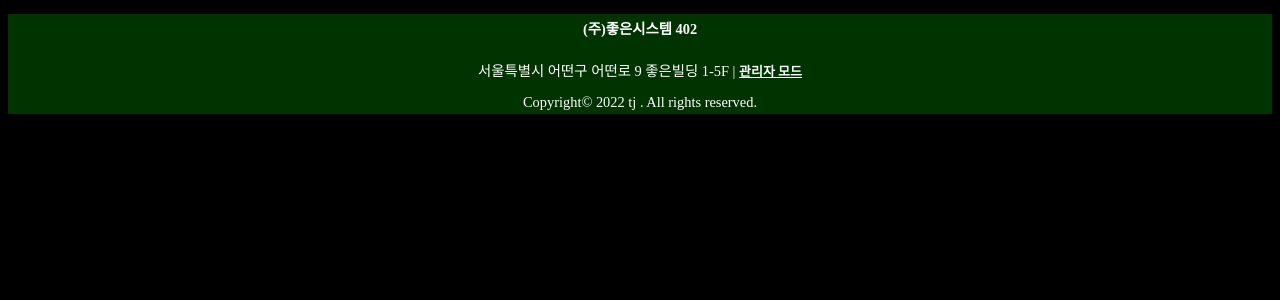
Repository: kdkk2000/Project
Page: http://localhost/petstyle/main/footer.jsp
These files come from the project's save history. The page is drawn as it stood at one moment and after the next save; the edit follows.
The browser window is 1280 px wide. The pictures show the whole page.
The page is served by Tomcat 9. Other server files are loaded and not shown.

Above is the page before, as saved 2023-03-27 05:38:18.

### petstyle/WebContent/main/footer.jsp
<%@ page language="java" contentType="text/html; charset=UTF-8"
    pageEncoding="UTF-8"%>
<%@taglib prefix="c" uri="http://java.sun.com/jsp/jstl/core"%>
<%@taglib prefix="fmt" uri="http://java.sun.com/jsp/jstl/fmt" %>
<c:set var="conPath" value="${pageContext.request.contextPath }"/>
<!DOCTYPE html>
<html>
<head>
<meta charset="UTF-8">
<title>Insert title here</title>
<style>
	body { background-color: black; }
	footer {height:100px;background-color: #003300;}
	footer #footer_conts, footer #footer_conts a {
		color:white;
		font-weight: blod;
		font-size:0.9em;
		text-align: center;
	}
	footer #footer_conts p:first-child {
		font-weight: bold; height: 30px; line-height: 30px;
	}
</style>
</head>
<body>
	<footer>
		<div id="footer_conts">
			<p>(주)좋은시스템 402</p>
			<p>서울특별시 어떤구 어떤로 9 좋은빌딩 1-5F | <b><a href="${conPath }/adminLoginView.do">관리자 모드</a></b></p>
			<p>Copyright© 2022 tj . All rights reserved.</p>
		</div>
	</footer>
</body>
</html>

After the next save:
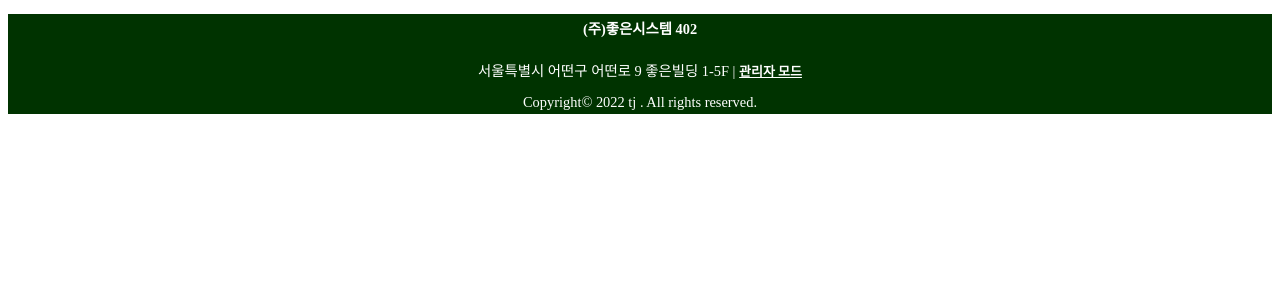
Saved 35 s later.
--- a/petstyle/WebContent/main/footer.jsp
+++ b/petstyle/WebContent/main/footer.jsp
@@ -9,7 +9,7 @@
 <meta charset="UTF-8">
 <title>Insert title here</title>
 <style>
-	body { background-color: black; }
+	body { background-color: white; }
 	footer {height:100px;background-color: #003300;}
 	footer #footer_conts, footer #footer_conts a {
 		color:white;
